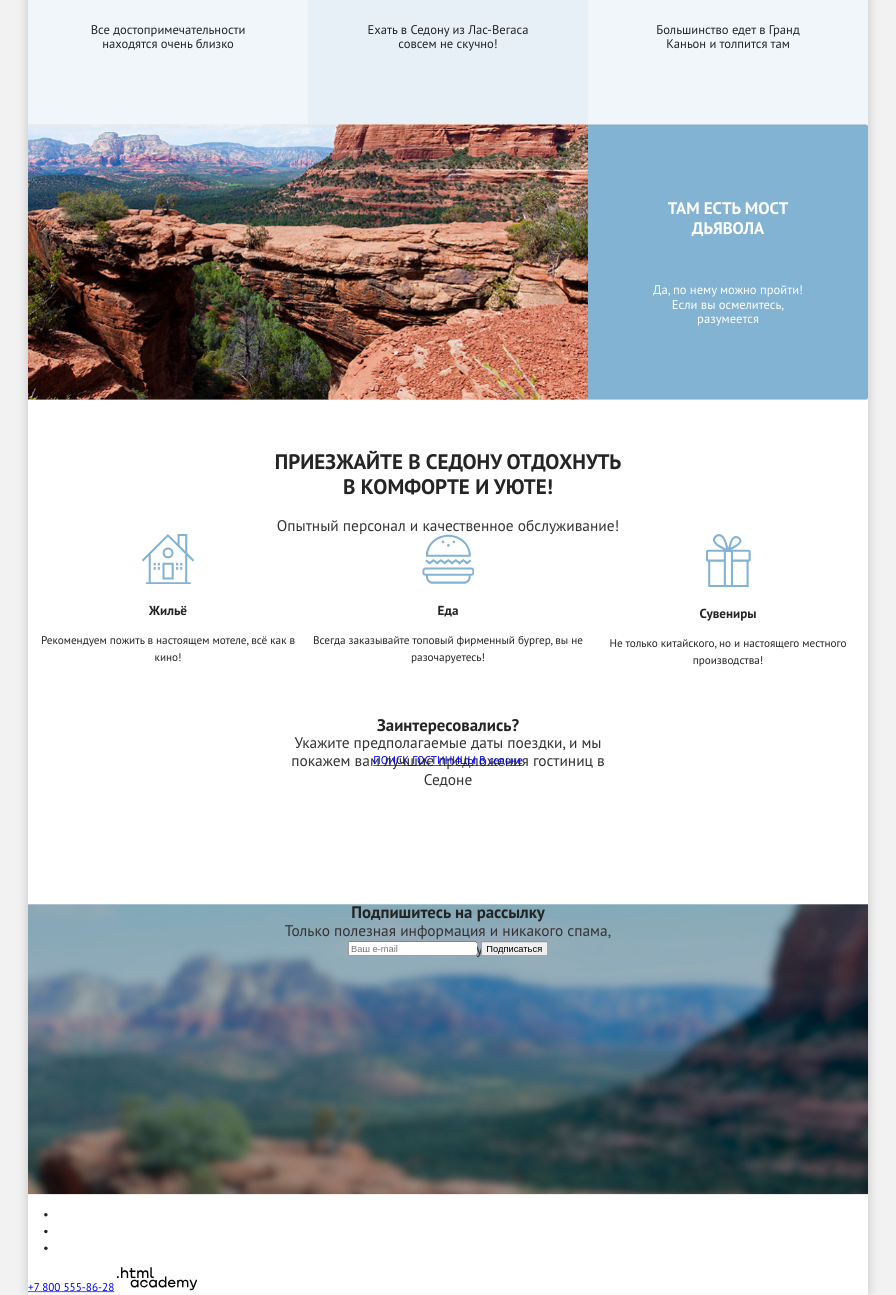
Repository: zakhgagne/2512253-sedona-1
Page: index.html
An editor plug-in stored every save of this project. The page is shown before and after the next save, followed by the edit.
The browser window is 1280 px wide. The pictures show the part of the page from y = 1417 to 3337 px (the page is 3267 px tall before and 3337 px after), at 70% of full size.

Above is the page before, as saved 2024-05-11 16:22:15.

After the next save:
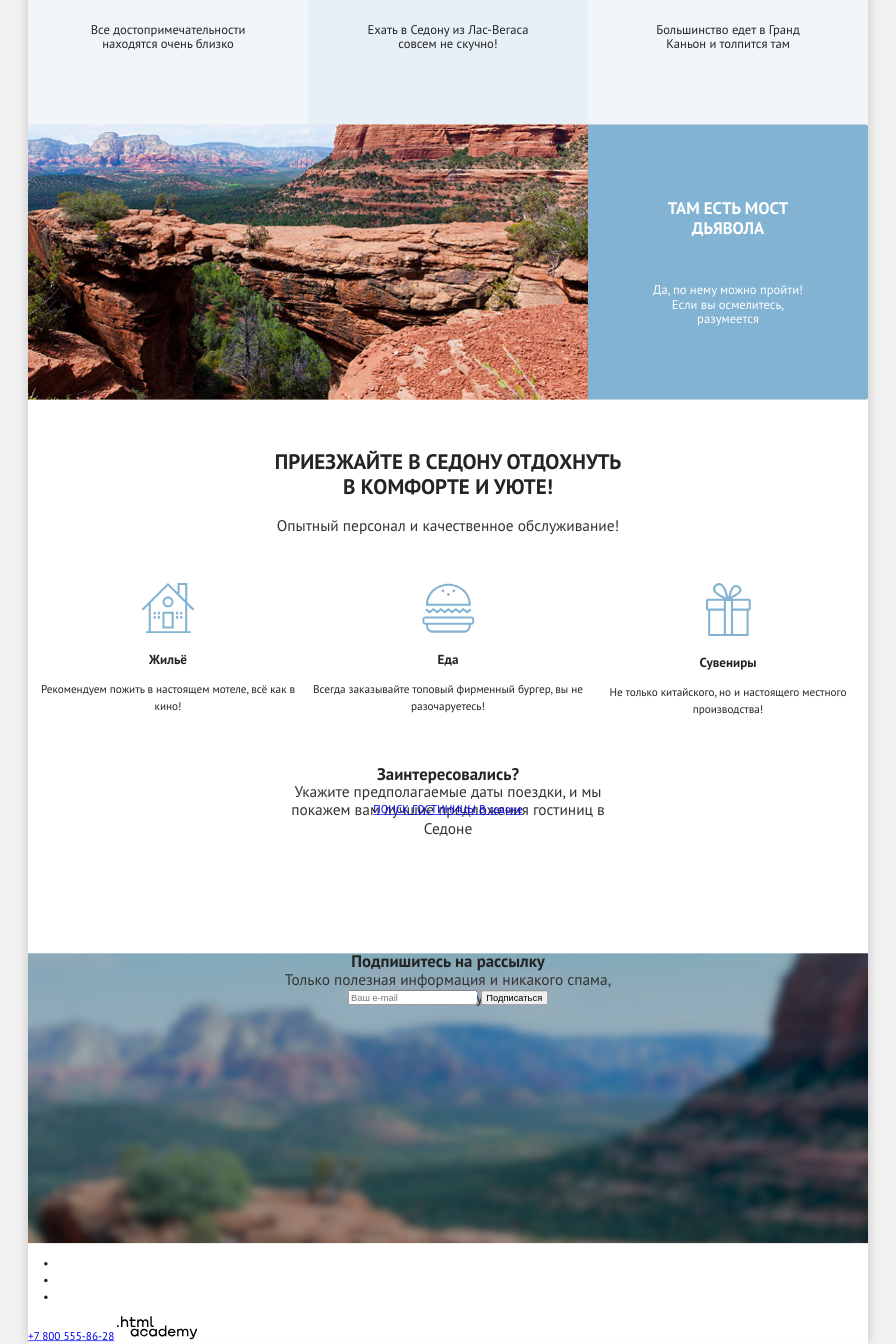
Saved 2 min 24 s later.
--- a/styles/styles.css
+++ b/styles/styles.css
@@ -259,3 +259,8 @@ body {
   /* Texts/second */
   color: #333333;
 }
+.container-city-welcome {
+
+  text-align: center;
+    padding-top: 70px;
+}
